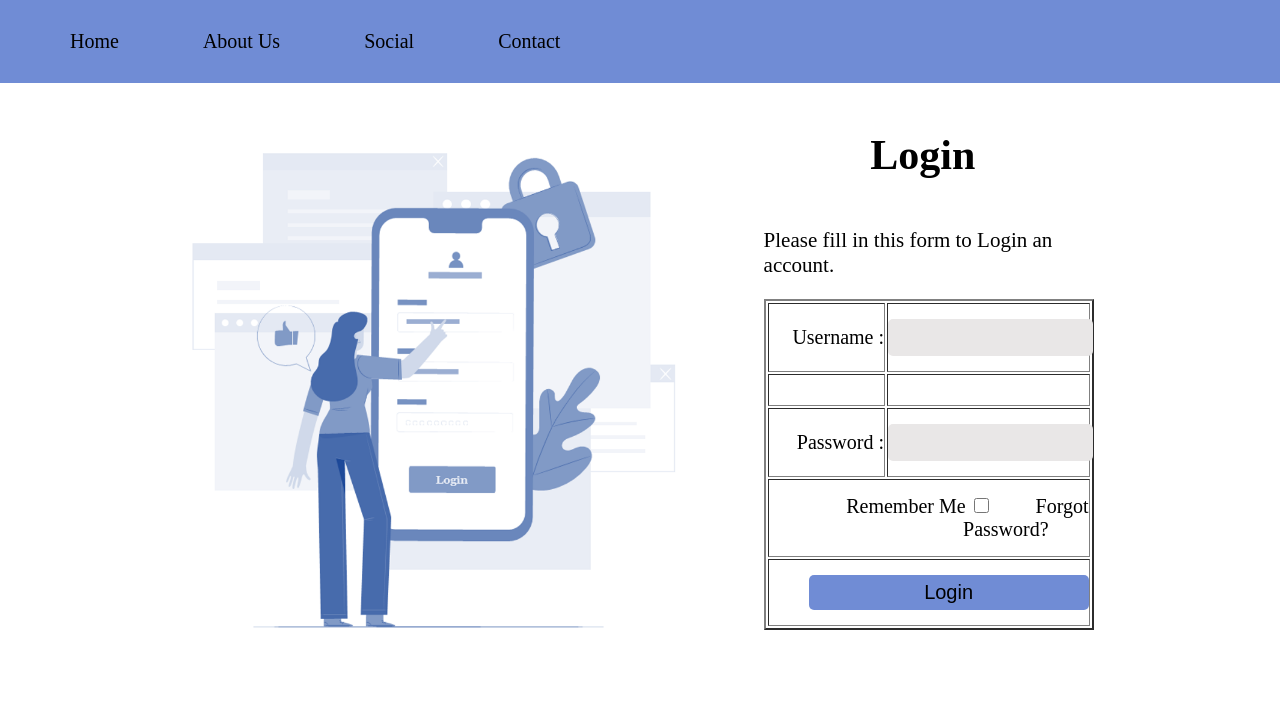
Repository: armanali13000/JAVA_CRUD
Page: http://localhost/CRUD_APP/Login.jsp
These files come from the project's save history. The page is drawn as it stood at one moment and after the next save; the edit follows.
The browser window is 1280 px wide. The pictures show the whole page.
The page is served by Tomcat 9.

Above is the page before, as saved 2023-03-04 14:51:13.

### CRUD_APP/src/main/webapp/Login.jsp
<%@ page language="java" contentType="text/html; charset=ISO-8859-1"
    pageEncoding="ISO-8859-1"%>
<!DOCTYPE html>
<html>
<head>
<meta charset="ISO-8859-1">
<title>Login</title>

<style>

	body
        {
            padding: 0px;
            margin: 0px;
        }
        .navbar
        {
            background: #708CD5;
            padding: 30px;
            position: sticky;
            top: 0px;

        }
        a
        {
            color: black;
            text-decoration: none;
            padding: 20px;
            margin: 20px;
            font-size: 20px;
        }
        .header {
            width: 100%;
            display: flex;
            flex-direction: column;
            align-items: center;
            font-size: 21px;
        }

        .parent {
            display: grid;
            grid-template-columns: 65% 35%;
            width: 80%;
            margin: 78px;
            margin-top: auto;
            align-items: center;
        }

        .imgTable {
            width: 80%;
            margin-left: 80px;
            margin-top: 50px;
        }

        table.formtable {
            width: 100%;
        }

        .tableDiv {
            /* border: 8px solid #708CD5; */
            padding: 20px;
        }

        td {
            padding: 15px 0px 15px 0px;
            text-align: right;

        }
		.imgDiv
		{

		}
        input {
            width: 100%;
            height: 35px;
            border: none;
            background: #e9e7e7;
            /* border-bottom: 1px solid black; */
            border-radius: 5px;
        }
        .button
        {
            width: 280px;
            margin-left: 40px;
            font-size: 20px;
            background-color: #708CD5;
        }
        .checkbox
        {
        	height: 15px;
        	width: 15px;
        }
        label
        {
        	font-size: 20px;

        }
        #l_button
        {
        	text-align: center;
        }



        @media screen and (max-width:1100px){
            .parent {
            display: block;
        }
        }

</style>


</head>
<body>

	<div class="navbar">

        <a href="#">Home</a>
        <a href="#">About Us</a>
        <a href="#">Social</a>
        <a href="#">Contact</a>

    </div>


    <div class="parent">
        <div class="imgDiv">
             <img class="imgTable" alt="image" src="images/LoginImage.png">
        </div>

        <div class="tableDiv">
            <div class="header">
                <h1>Login</h1>
                <p>Please fill in this form to Login an account.</p>
            </div>
            <form class="registration" action="Register" method="post">
                <table class="formtable" border="2px">
                    <tbody class="tableborder">
                        <tr>
                            <td><label>Username :</label></td>
                            <td><input id="input" type="text"></input></td>
                        </tr>
                        <tr>
                            <td></td>
                            <td></td>
                        </tr>
                        <tr>
                            <td><label>Password :</label></td>
                            <td><input id="input" type="password"></input></td>
                        </tr>
                        <tr>
                        	<td colspan="2">
                        		<label>Remember Me</label>
	                            <input class="checkbox" id="input" type="checkbox"></input>
	                            <a class="forgot" href="#">Forgot Password?</a>
                            </td>

                        </tr>
                        <tr>

                            <td colspan="2" id="l_button"><input class="button" type="submit" value="Login"></input></td>
                        </tr>
                    </tbody>
                </table>
            </form>
        </div>
    </div>

</body>
</html>

After the next save:
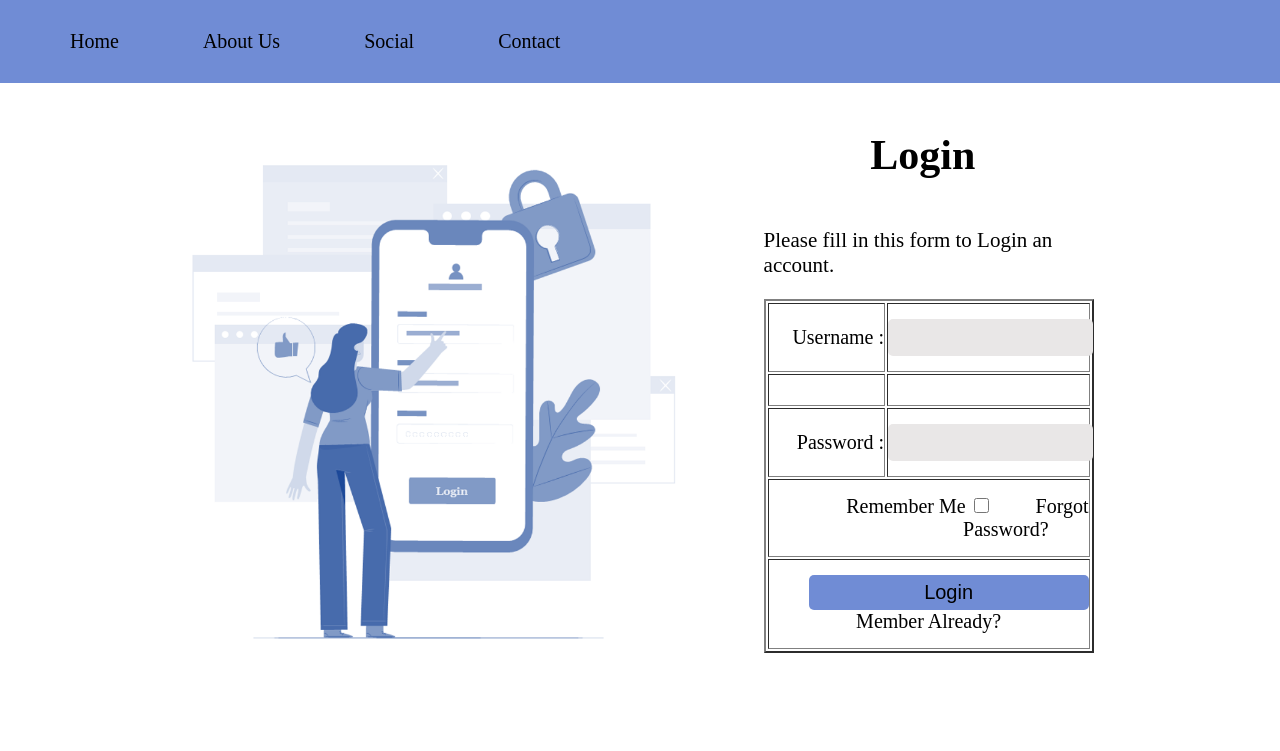
Saved 69 s later.
--- a/CRUD_APP/src/main/webapp/Login.jsp
+++ b/CRUD_APP/src/main/webapp/Login.jsp
@@ -159,7 +159,10 @@
                         </tr>
                         <tr>
 
-                            <td colspan="2" id="l_button"><input class="button" type="submit" value="Login"></input></td>
+                            <td colspan="2" id="l_button">
+                            <input class="button" type="submit" value="Login"></input>
+                            <a class="forgot" href="#">Member Already?</a>
+                            </td>
                         </tr>
                     </tbody>
                 </table>
